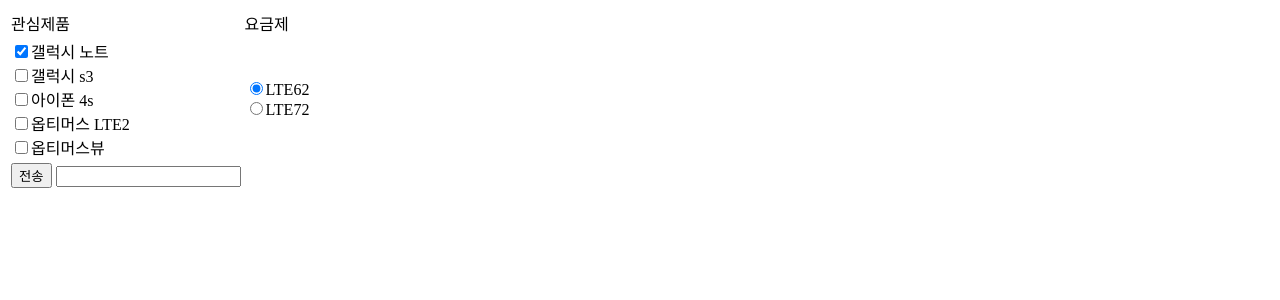
Repository: SeungwanHong/Web-jsp-
Page: http://localhost/20170405/test01_from.jsp
The author's editor kept a copy of each file at every save. The page is drawn from the files as they stood at one save, then again after the next save.
The browser window is 1280 px wide. The pictures show the whole page.
The page is served by Tomcat 9.

Above is the page before, as saved 2017-04-05 00:16:04.

After the next save:
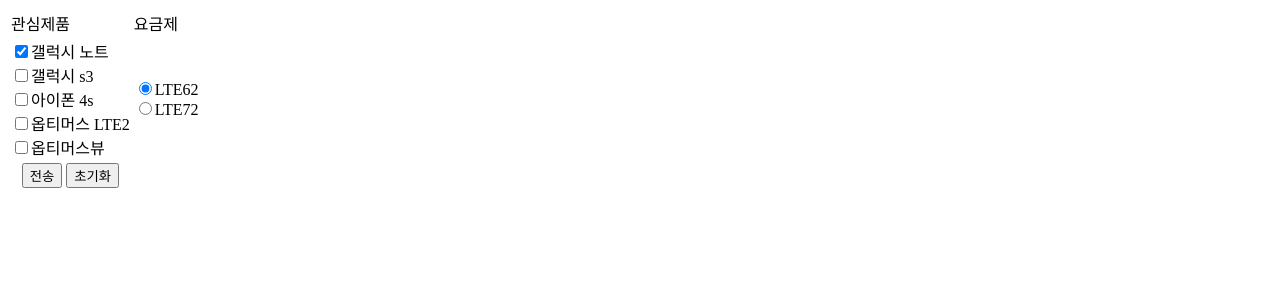
Saved 87 s later.
--- a/20170405/WebContent/test01_from.jsp
+++ b/20170405/WebContent/test01_from.jsp
@@ -29,7 +29,7 @@
 		<tr>
 			<td colspan="1" align="center">
 				<input type="submit" value="전송">
-				<input>
+				<input type="reset" value="초기화">
 			</td>
 		</tr>
 	</table>
